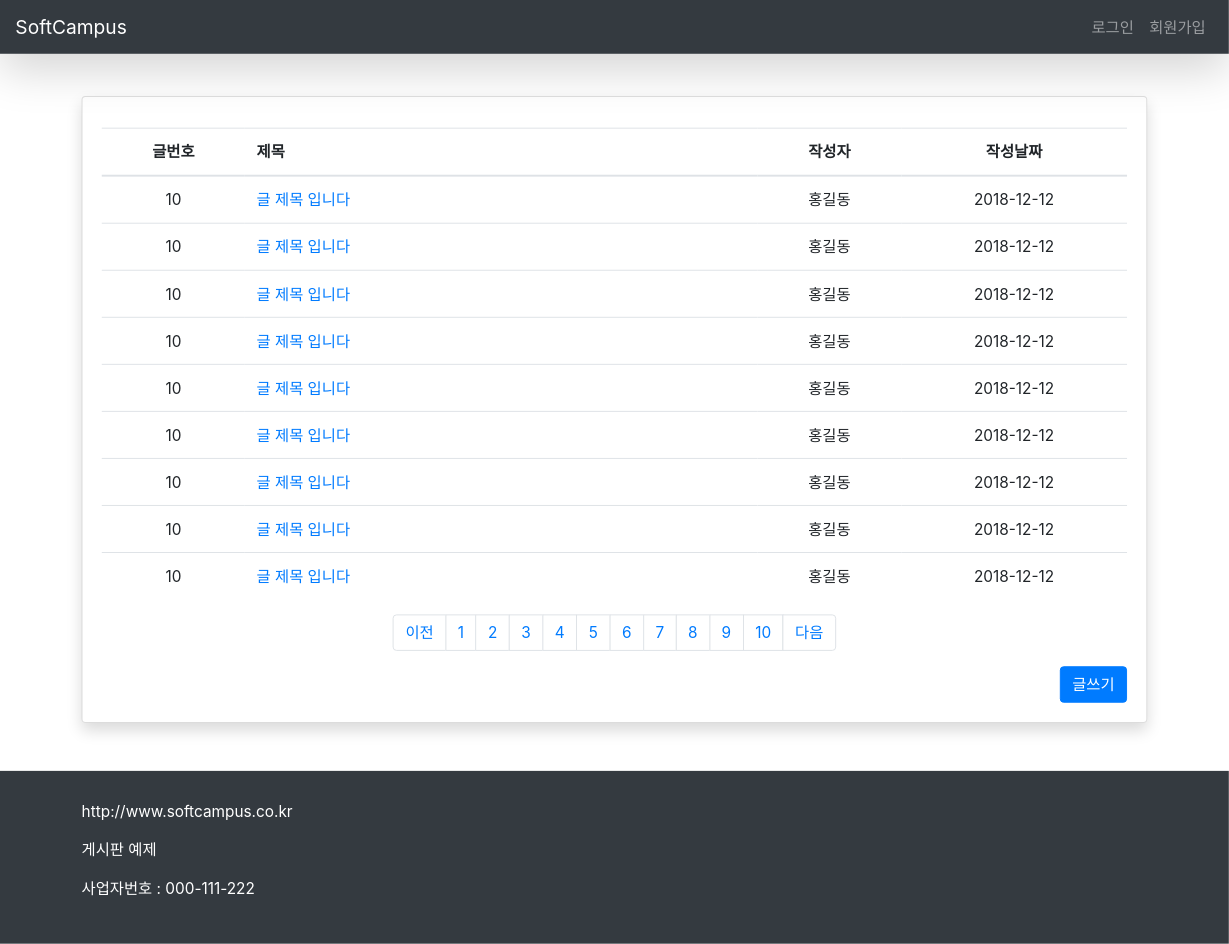
Repository: Wunhyeon/SpringMVC
Page: http://localhost/MiniProjectJava/WEB-INF/views/board/main.jsp
These files come from the project's save history. The page is drawn as it stood at one moment and after the next save; the edit follows.
The browser window is 1280 px wide. The pictures show the whole page, at 96% of full size.
The page is served by Tomcat 9. Nobody is signed in. The template is opened directly, without the code that normally fills it, so the values that code supplies are empty.

Above is the page before, as saved 2020-09-08 03:49:15.

After the next save:
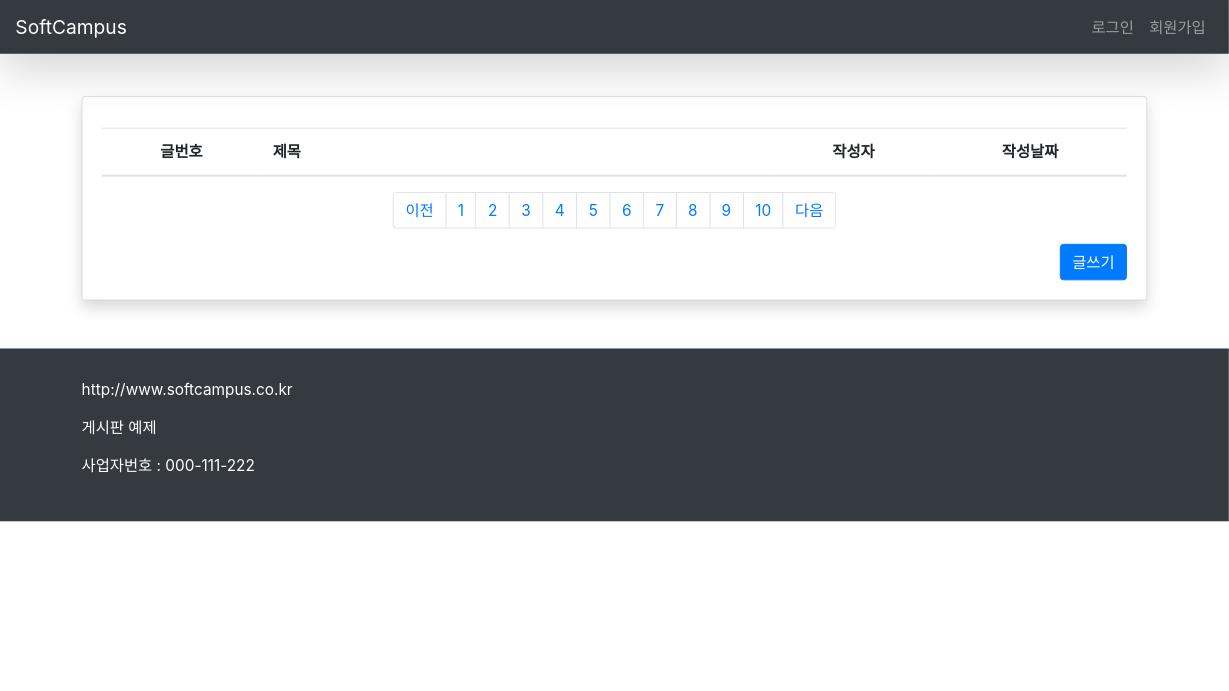
Saved 96 s later.
--- a/MiniProjectJava/WebContent/WEB-INF/views/board/main.jsp
+++ b/MiniProjectJava/WebContent/WEB-INF/views/board/main.jsp
@@ -43,69 +43,7 @@
 					</tr>
 					</c:forEach>
 
-					<tr>
-						<td class="text-center d-none d-md-table-cell">10</td>
-						<td><a href='board_read.html'>글 제목 입니다</a></td>
-						<td class="text-center d-none d-md-table-cell">홍길동</td>
-						<td class="text-center d-none d-md-table-cell">2018-12-12</td>
 
-					</tr>
-					<tr>
-						<td class="text-center d-none d-md-table-cell">10</td>
-						<td><a href='board_read.html'>글 제목 입니다</a></td>
-						<td class="text-center d-none d-md-table-cell">홍길동</td>
-						<td class="text-center d-none d-md-table-cell">2018-12-12</td>
-
-					</tr>
-					<tr>
-						<td class="text-center d-none d-md-table-cell">10</td>
-						<td><a href='board_read.html'>글 제목 입니다</a></td>
-						<td class="text-center d-none d-md-table-cell">홍길동</td>
-						<td class="text-center d-none d-md-table-cell">2018-12-12</td>
-
-					</tr>
-					<tr>
-						<td class="text-center d-none d-md-table-cell">10</td>
-						<td><a href='board_read.html'>글 제목 입니다</a></td>
-						<td class="text-center d-none d-md-table-cell">홍길동</td>
-						<td class="text-center d-none d-md-table-cell">2018-12-12</td>
-
-					</tr>
-					<tr>
-						<td class="text-center d-none d-md-table-cell">10</td>
-						<td><a href='board_read.html'>글 제목 입니다</a></td>
-						<td class="text-center d-none d-md-table-cell">홍길동</td>
-						<td class="text-center d-none d-md-table-cell">2018-12-12</td>
-
-					</tr>
-					<tr>
-						<td class="text-center d-none d-md-table-cell">10</td>
-						<td><a href='board_read.html'>글 제목 입니다</a></td>
-						<td class="text-center d-none d-md-table-cell">홍길동</td>
-						<td class="text-center d-none d-md-table-cell">2018-12-12</td>
-
-					</tr>
-					<tr>
-						<td class="text-center d-none d-md-table-cell">10</td>
-						<td><a href='board_read.html'>글 제목 입니다</a></td>
-						<td class="text-center d-none d-md-table-cell">홍길동</td>
-						<td class="text-center d-none d-md-table-cell">2018-12-12</td>
-
-					</tr>
-					<tr>
-						<td class="text-center d-none d-md-table-cell">10</td>
-						<td><a href='board_read.html'>글 제목 입니다</a></td>
-						<td class="text-center d-none d-md-table-cell">홍길동</td>
-						<td class="text-center d-none d-md-table-cell">2018-12-12</td>
-
-					</tr>
-					<tr>
-						<td class="text-center d-none d-md-table-cell">10</td>
-						<td><a href='board_read.html'>글 제목 입니다</a></td>
-						<td class="text-center d-none d-md-table-cell">홍길동</td>
-						<td class="text-center d-none d-md-table-cell">2018-12-12</td>
-
-					</tr>
 				</tbody>
 			</table>
 
